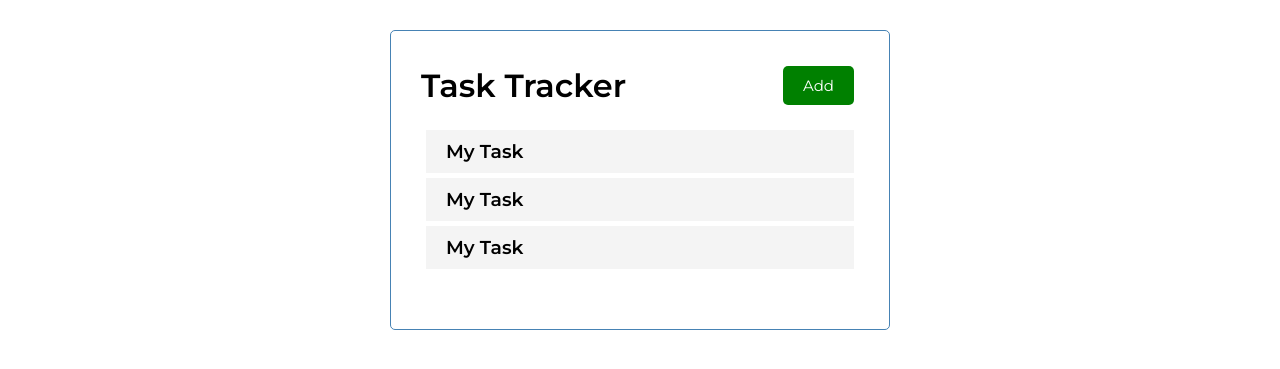
Repository: kate30980/task-tracker-reactjs
Page: /
An editor plug-in stored every save of this project. The page is shown before and after the next save, followed by the edit.
The browser window is 1280 px wide. The pictures show the whole page.
The project was rebuilt for these pictures with package versions that can differ from the ones it lists, and the page was loaded fresh each time.

Above is the page before, as saved 2021-09-19 15:30:38.

### public/index.html
<!DOCTYPE html>
<html lang="en">

<head>
  <meta charset="utf-8" />
  <link rel="icon" href="%PUBLIC_URL%/favicon.ico" />
  <meta name="viewport" content="width=device-width, initial-scale=1" />
  <meta name="theme-color" content="#000000" />
  <meta name="description" content="Web site created using create-react-app" />
  <link rel="apple-touch-icon" href="%PUBLIC_URL%/logo192.png" />
  <!--
      manifest.json provides metadata used when your web app is installed on a
      user's mobile device or desktop. See https://developers.google.com/web/fundamentals/web-app-manifest/
    -->
  <link rel="manifest" href="%PUBLIC_URL%/manifest.json" />
  <!--
      Notice the use of %PUBLIC_URL% in the tags above.
      It will be replaced with the URL of the `public` folder during the build.
      Only files inside the `public` folder can be referenced from the HTML.

      Unlike "/favicon.ico" or "favicon.ico", "%PUBLIC_URL%/favicon.ico" will
      work correctly both with client-side routing and a non-root public URL.
      Learn how to configure a non-root public URL by running `npm run build`.
    -->
  <title>Task Tracker</title>
</head>

<body>
  <noscript>You need to enable JavaScript to run this app.</noscript>
  <div id="root"></div>
  <!--
      This HTML file is a template.
      If you open it directly in the browser, you will see an empty page.

      You can add webfonts, meta tags, or analytics to this file.
      The build step will place the bundled scripts into the <body> tag.

      To begin the development, run `npm start` or `yarn start`.
      To create a production bundle, use `npm run build` or `yarn build`.
    -->
</body>

</html>

### src/index.css

@import url('https://fonts.googleapis.com/css2?family=Montserrat:wght@300;400;600&display=swap');

*{
  box-sizing: border-box;
  margin:0;
  padding:0;
}

body {
  font-family: 'Montserrat', sans-serif;
}

.container {
  max-width: 500px;
  margin: 30px auto;
  overflow: auto;
  min-height: 300px;
  border: 1px solid steelblue;
  padding: 30px;
  border-radius: 5px;
}
.header{
  display: flex;
  justify-content: space-between;
  align-items: center;
  margin-bottom: 20px;
}
.btn{
  display: inline-block;
  background: #000;color: #fff;
  border: none;
  padding: 10px 20px;
  margin: 5px;
  border-radius:5px;
  cursor: pointer;
  text-decoration: none;
  font-size: 15px;
  font-family: inherit;
}
.btn:focus{
  outline: none;
}
.btn:active{
  transform:scale(0.98);
}
.btn-block{
  display: block;
  width: 100%;
}
.task{
  background:#f4f4f4;
  margin: 5px;
  padding: 10px 20px;
  cursor: pointer;
}
.task .reminder{
  border-left: 5px solid green;
}
.task h3{
  display: flex;
  align-items:center;
  justify-content: space-between;
}
.add-form{
  margin-bottom: 40px;
}
.from-control{
  margin: 20px 0;
}
.from-control label {
  display: block;
}
.from-control input{
  width: 100%;
  height: 40px;
  margin: 5px;
  padding: 3px 7px;
  font-size: 17px;
}
.form-control-check{
  display: flex;
  align-items: center;
  justify-content: space-between;
}
.form-control-check label{
  flex: 1;
}
.form-control-check input {
  flex: 2;
  height: 20px;
}
footer{
  margin-top: 30px;
  text-align: center;
}

### src/App.js
import { useState } from "react";
import Header from "./components/Header";
import Tasks from "./components/Tasks";

function App() {
  const [tasks, setTasks] = useState([
    {
      id: 1,
      text: "Doctor Appointment",
      day: "Feb 5th at 2:30pm",
      reminder: true,
    },
    {
      id: 2,
      text: "Meeting at School",
      day: "Feb 6th at 4:30pm",
      reminder: true,
    },
    {
      id: 3,
      text: "Food Shopping",
      day: "Feb 2th at 4:30pm",
      reminder: false,
    },
  ]);
  return (
    <div className="container">
      <Header />
      <Tasks tasks={tasks} />
    </div>
  );
}

export default App;

### src/components/Header.js
import PropTypes from "prop-types";
import Button from "./Button";

const Header = ({ title }) => {
  const onClick = () => {
    console.log("Click");
  };
  return (
    <header className="header">
      <h1>{title}</h1>
      <Button color="green" text="Add" onClick={onClick} />
    </header>
  );
};

Header.defaultProps = {
  title: "Task Tracker",
};

Header.propTypes = {
  title: PropTypes.string.isRequired,
};

export default Header;

### src/components/Tasks.js
import Task from "./Task";

const Tasks = ({ tasks }) => {
  return (
    <>
      {tasks.map((task) => (
        <Task key={task.id} task={task} />
      ))}
    </>
  );
};

export default Tasks;

### src/components/Task.js
const Task = () => {
  return (
    <div className="task">
      <h3>My Task</h3>
    </div>
  );
};

export default Task;

Loaded but not shown: src/index.js (common file); src/reportWebVitals.js (common file); src/components/Button.js (common file)

After the next save:
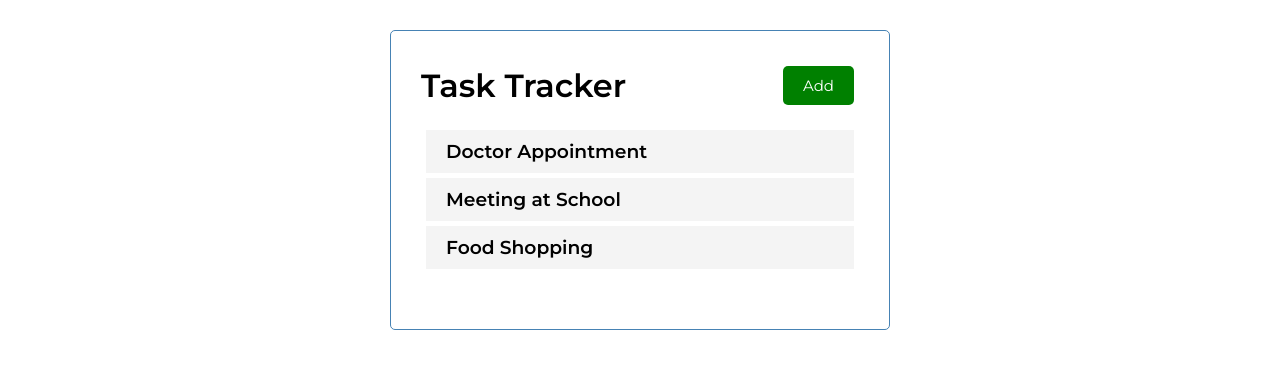
Saved 50 s later.
--- a/src/components/Task.js
+++ b/src/components/Task.js
@@ -1,7 +1,7 @@
-const Task = () => {
+const Task = ({ task }) => {
   return (
     <div className="task">
-      <h3>My Task</h3>
+      <h3>{task.text}</h3>
     </div>
   );
 };
